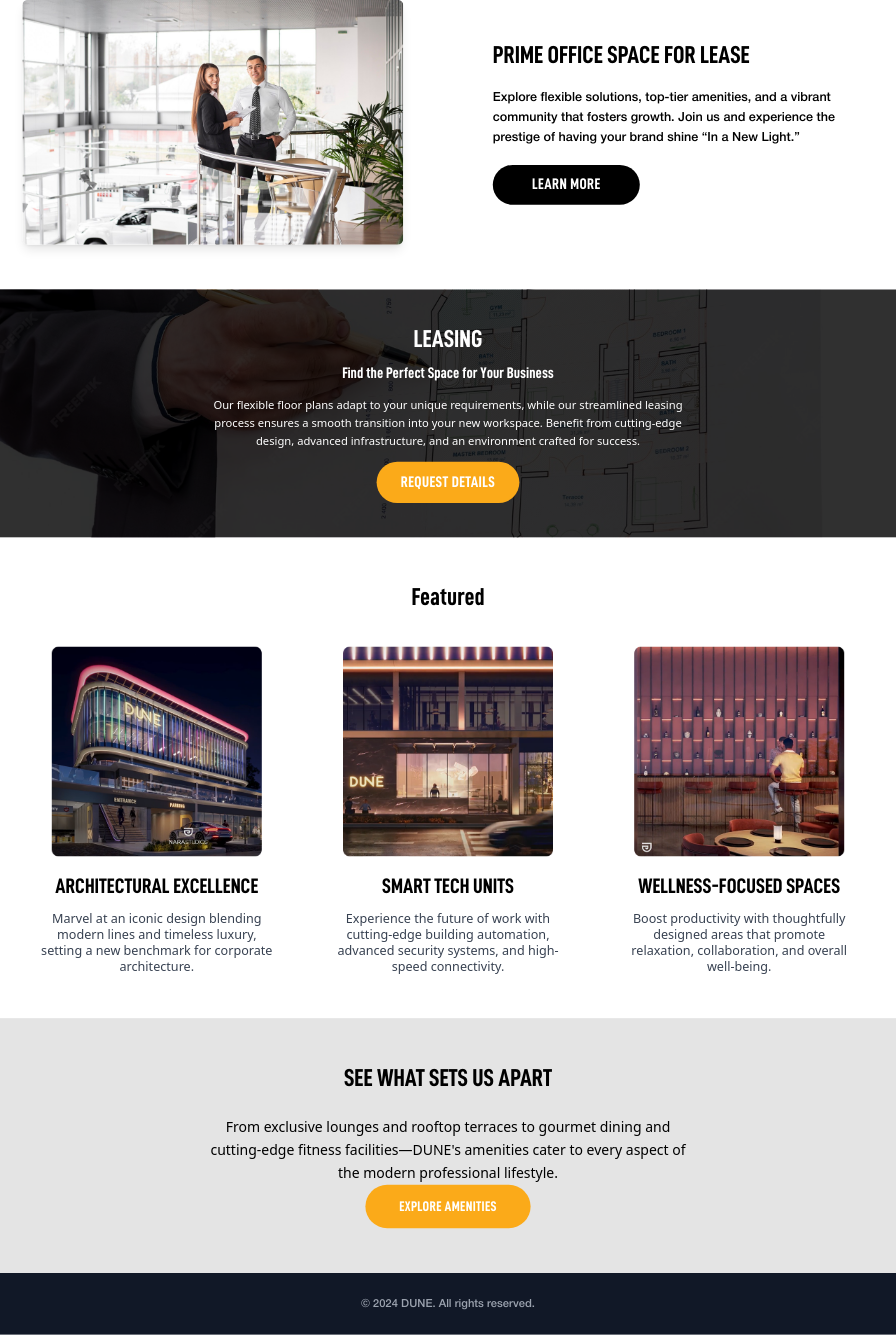
Repository: ahmedassr5765/dune
Page: index.html
An editor plug-in stored every save of this project. The page is shown before and after the next save, followed by the edit.
The browser window is 1280 px wide. The pictures show the part of the page from y = 1691 to 3611 px (the page is 3598 px tall before and 3611 px after), at 70% of full size.
Some web libraries are served in a nearby version.

Above is the page before, as saved 2025-07-12 19:02:17.

After the next save:
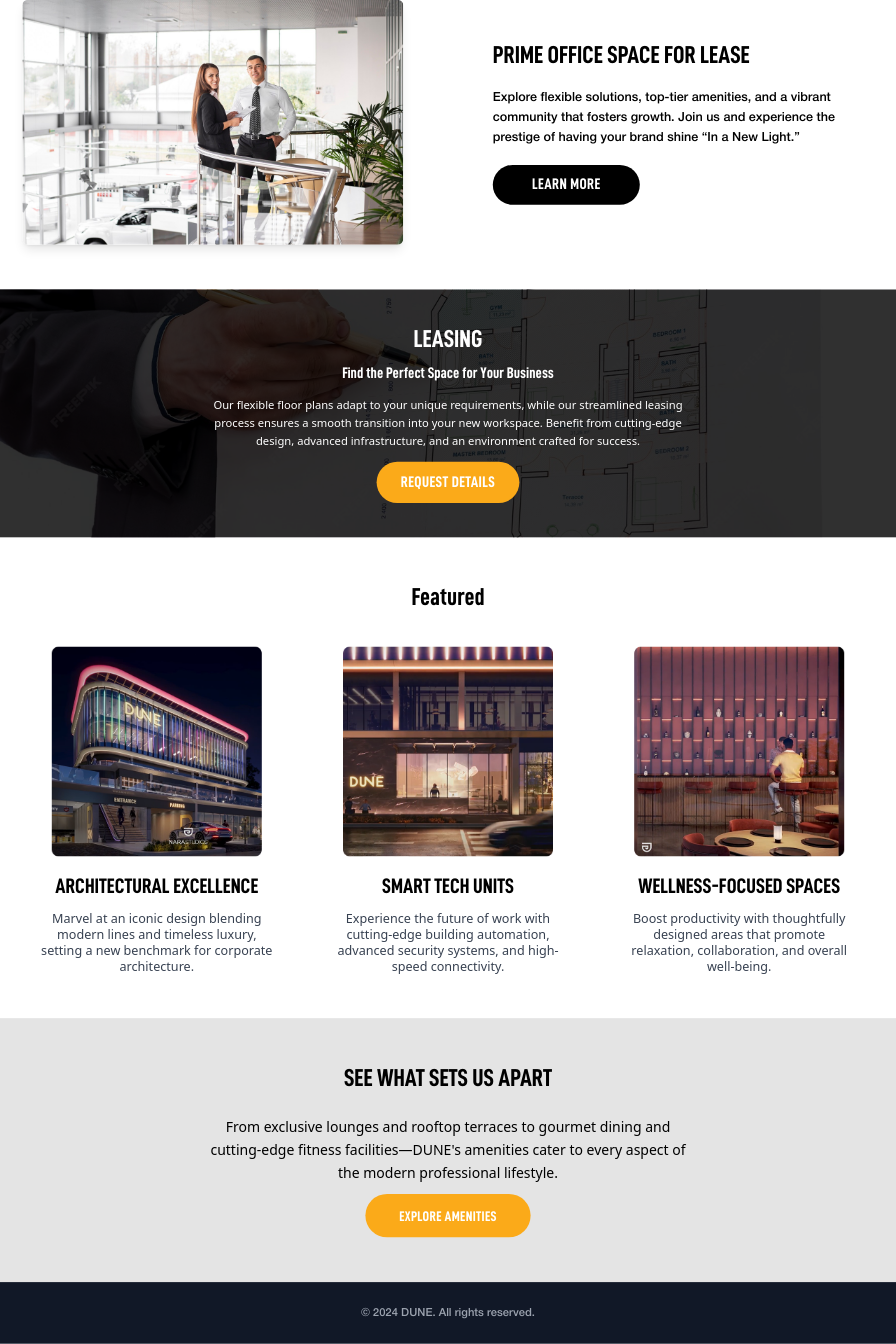
Saved 8 s later.
--- a/index.html
+++ b/index.html
@@ -378,7 +378,7 @@
                 </h2>
 
                 <!-- Description -->
-                <p class="text-black text-[20px] leading-relaxed font-sans max-w-[700px] mx-auto mb-[] apart-description"
+                <p class="text-black text-[20px] leading-relaxed font-sans max-w-[700px] mx-auto mb-[13px] apart-description"
                    data-en="From exclusive lounges and rooftop terraces to gourmet dining and cutting-edge fitness facilities—DUNE's amenities cater to every aspect of the modern professional lifestyle."
                    data-ar="من الصالات الحصرية والمدرجات على الأسطح إلى تناول الطعام الفاخر ومرافق اللياقة البدنية المتطورة - تلبي وسائل الراحة في ديون كل جانب من جوانب نمط الحياة المهنية الحديثة.">
                     From exclusive lounges and rooftop terraces to gourmet dining and cutting-edge fitness facilities—DUNE's amenities cater to every aspect of the modern professional lifestyle.
